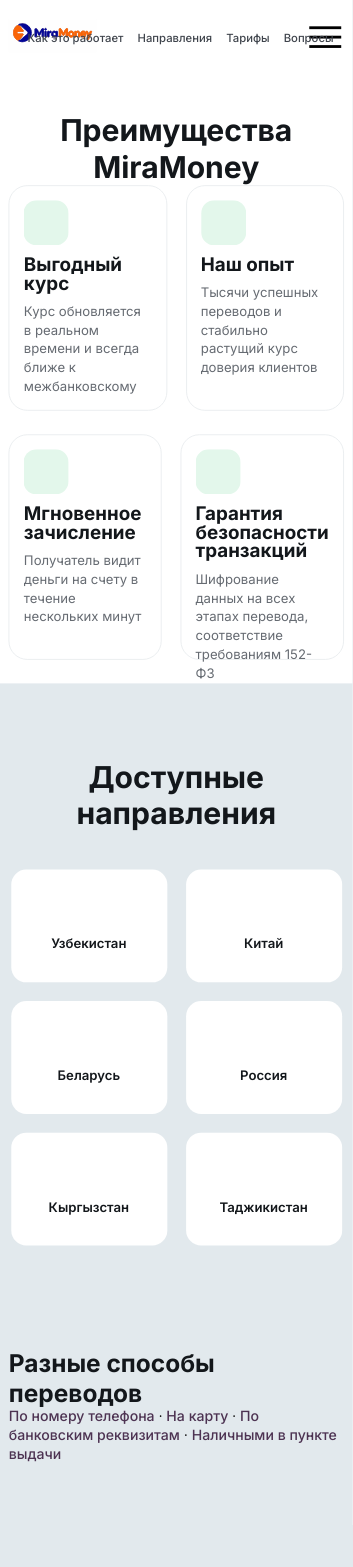
Repository: Shaiyr1/mira-money
Page: index.html
These files come from the project's save history. The page is drawn as it stood at one moment and after a run of saves; the edit follows.
The browser window is 375 px wide. The pictures show the whole page, at 94% of full size.
After loading, the first visible `div.header-menu` was clicked once.

Above is the page before, as saved 2026-10-26 16:38:25.

After the next 4 saves:
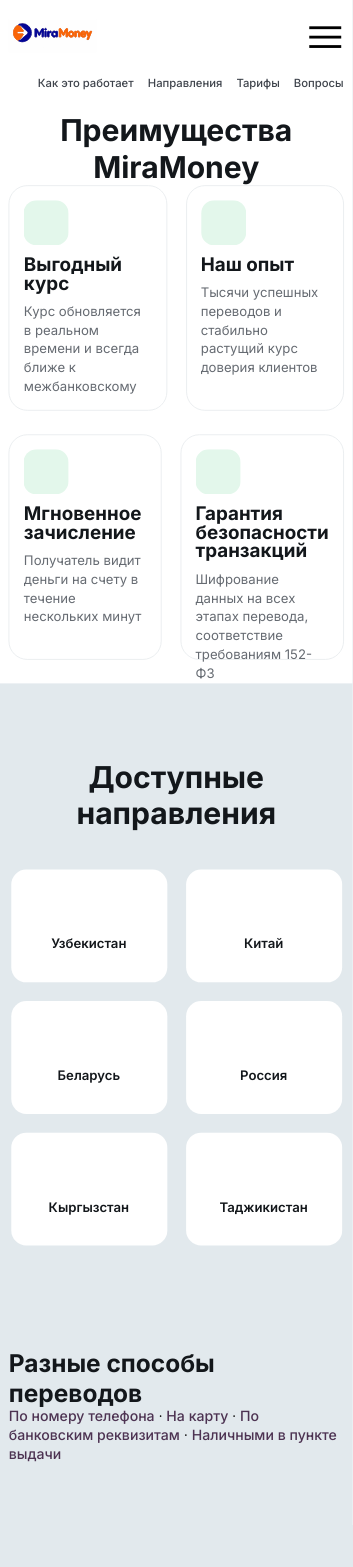
The 4 saves are shown as one change because they came seconds apart.
The last was saved 16 s later.
--- a/src/css/style.css
+++ b/src/css/style.css
@@ -303,8 +303,9 @@
     .active {
         display: flex;
         position: absolute;
-        t
+        top: 79px;
         right: 0;
+        background-color: white;
     }
     h2 {
         font-size: 24px;
